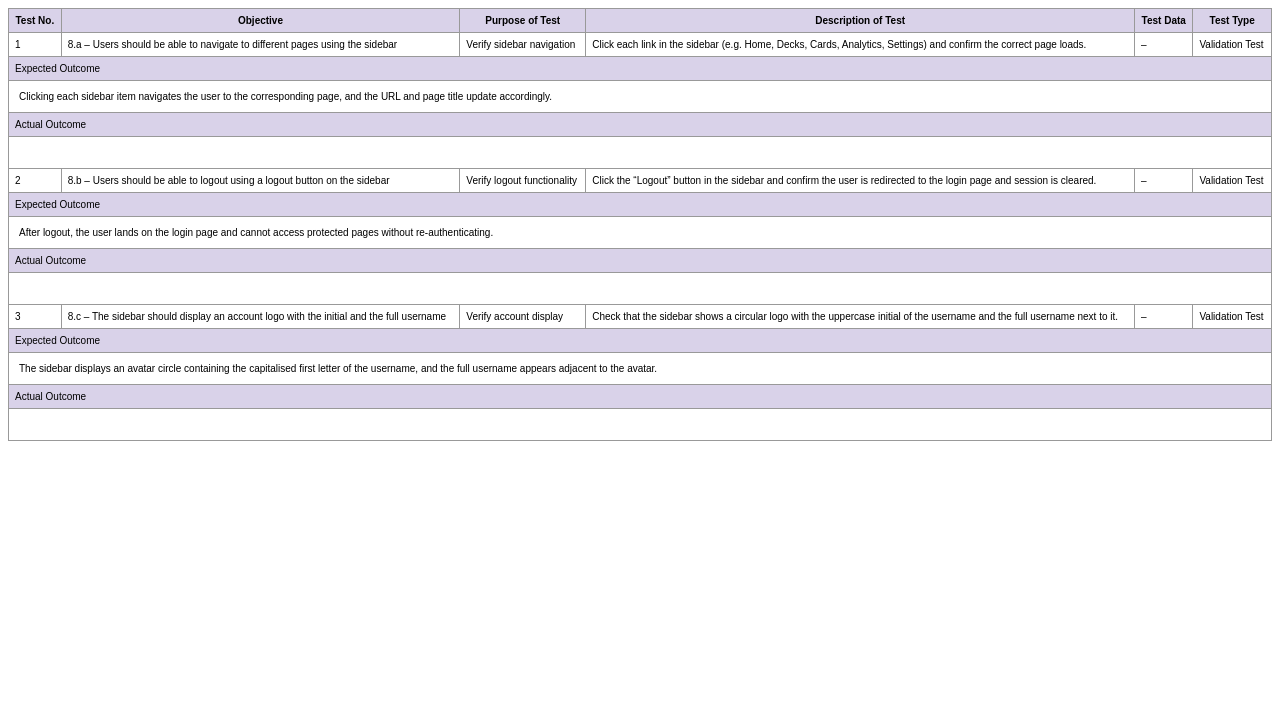
Repository: KetchupEater24/CS-NEA
Page: lol.html
These files come from the project's save history. The page is drawn as it stood at one moment and after the next save; the edit follows.
The browser window is 1280 px wide. The pictures show the whole page.

Above is the page before, as saved 2025-04-25 22:43:43.

After the next save:
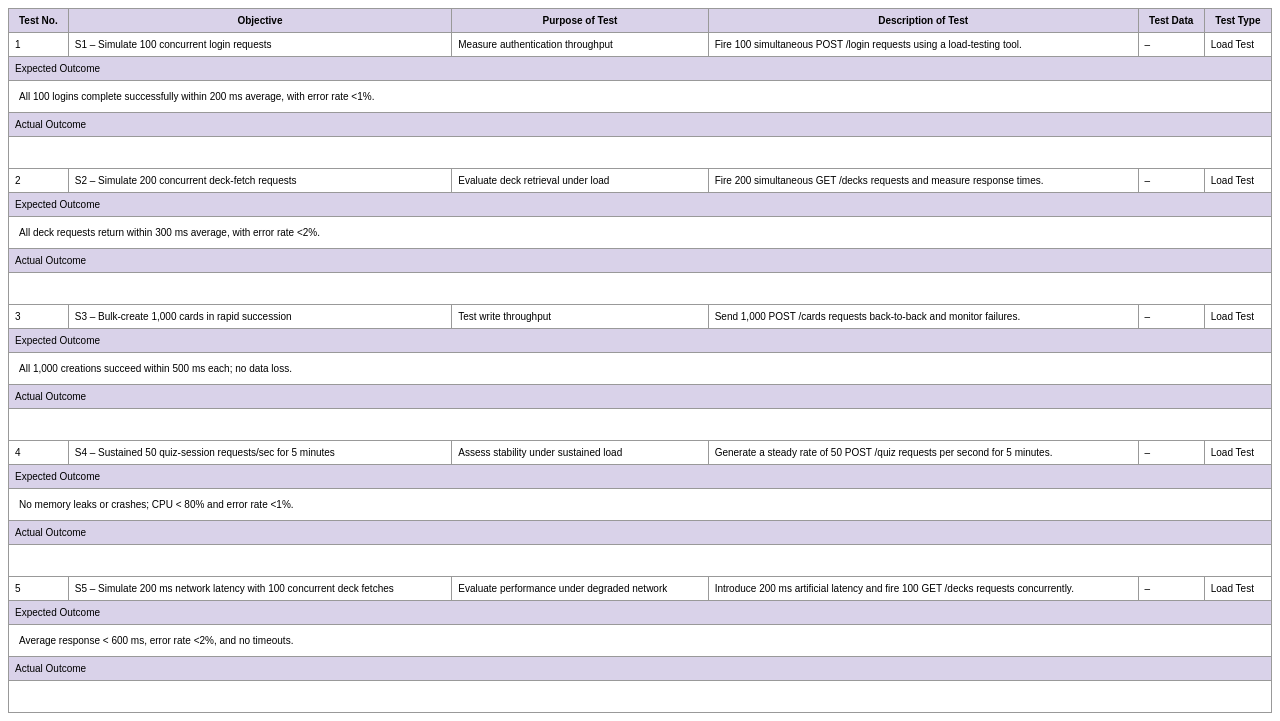
Saved 11 min 8 s later.
--- a/lol.html
+++ b/lol.html
@@ -13,13 +13,13 @@
       <!-- Test 1 -->
       <tr>
         <td style="border: 1px solid #999; padding: 6px;">1</td>
-        <td style="border: 1px solid #999; padding: 6px;">8.a – Users should be able to navigate to different pages using the sidebar</td>
-        <td style="border: 1px solid #999; padding: 6px;">Verify sidebar navigation</td>
+        <td style="border: 1px solid #999; padding: 6px;">S1 – Simulate 100 concurrent login requests</td>
+        <td style="border: 1px solid #999; padding: 6px;">Measure authentication throughput</td>
         <td style="border: 1px solid #999; padding: 6px;">
-          Click each link in the sidebar (e.g. Home, Decks, Cards, Analytics, Settings) and confirm the correct page loads.
+          Fire 100 simultaneous POST /login requests using a load‐testing tool.
         </td>
         <td style="border: 1px solid #999; padding: 6px;">–</td>
-        <td style="border: 1px solid #999; padding: 6px;">Validation Test</td>
+        <td style="border: 1px solid #999; padding: 6px;">Load Test</td>
       </tr>
       <tr>
         <td colspan="6" style="border: 1px solid #999; padding: 6px; background-color: #d9d2e9;">
@@ -28,7 +28,7 @@
       </tr>
       <tr>
         <td colspan="6" style="border: 1px solid #999; padding: 10px;">
-          Clicking each sidebar item navigates the user to the corresponding page, and the URL and page title update accordingly.
+          All 100 logins complete successfully within 200 ms average, with error rate &lt;1%.
         </td>
       </tr>
       <tr>
@@ -43,13 +43,13 @@
       <!-- Test 2 -->
       <tr>
         <td style="border: 1px solid #999; padding: 6px;">2</td>
-        <td style="border: 1px solid #999; padding: 6px;">8.b – Users should be able to logout using a logout button on the sidebar</td>
-        <td style="border: 1px solid #999; padding: 6px;">Verify logout functionality</td>
+        <td style="border: 1px solid #999; padding: 6px;">S2 – Simulate 200 concurrent deck-fetch requests</td>
+        <td style="border: 1px solid #999; padding: 6px;">Evaluate deck retrieval under load</td>
         <td style="border: 1px solid #999; padding: 6px;">
-          Click the “Logout” button in the sidebar and confirm the user is redirected to the login page and session is cleared.
+          Fire 200 simultaneous GET /decks requests and measure response times.
         </td>
         <td style="border: 1px solid #999; padding: 6px;">–</td>
-        <td style="border: 1px solid #999; padding: 6px;">Validation Test</td>
+        <td style="border: 1px solid #999; padding: 6px;">Load Test</td>
       </tr>
       <tr>
         <td colspan="6" style="border: 1px solid #999; padding: 6px; background-color: #d9d2e9;">
@@ -58,7 +58,7 @@
       </tr>
       <tr>
         <td colspan="6" style="border: 1px solid #999; padding: 10px;">
-          After logout, the user lands on the login page and cannot access protected pages without re-authenticating.
+          All deck requests return within 300 ms average, with error rate &lt;2%.
         </td>
       </tr>
       <tr>
@@ -73,13 +73,13 @@
       <!-- Test 3 -->
       <tr>
         <td style="border: 1px solid #999; padding: 6px;">3</td>
-        <td style="border: 1px solid #999; padding: 6px;">8.c – The sidebar should display an account logo with the initial and the full username</td>
-        <td style="border: 1px solid #999; padding: 6px;">Verify account display</td>
+        <td style="border: 1px solid #999; padding: 6px;">S3 – Bulk-create 1,000 cards in rapid succession</td>
+        <td style="border: 1px solid #999; padding: 6px;">Test write throughput</td>
         <td style="border: 1px solid #999; padding: 6px;">
-          Check that the sidebar shows a circular logo with the uppercase initial of the username and the full username next to it.
+          Send 1,000 POST /cards requests back-to-back and monitor failures.
         </td>
         <td style="border: 1px solid #999; padding: 6px;">–</td>
-        <td style="border: 1px solid #999; padding: 6px;">Validation Test</td>
+        <td style="border: 1px solid #999; padding: 6px;">Load Test</td>
       </tr>
       <tr>
         <td colspan="6" style="border: 1px solid #999; padding: 6px; background-color: #d9d2e9;">
@@ -88,7 +88,67 @@
       </tr>
       <tr>
         <td colspan="6" style="border: 1px solid #999; padding: 10px;">
-          The sidebar displays an avatar circle containing the capitalised first letter of the username, and the full username appears adjacent to the avatar.
+          All 1,000 creations succeed within 500 ms each; no data loss.
+        </td>
+      </tr>
+      <tr>
+        <td colspan="6" style="border: 1px solid #999; padding: 6px; background-color: #d9d2e9;">
+          Actual Outcome
+        </td>
+      </tr>
+      <tr>
+        <td colspan="6" style="border: 1px solid #999; padding: 10px;">&nbsp;</td>
+      </tr>
+
+      <!-- Test 4 -->
+      <tr>
+        <td style="border: 1px solid #999; padding: 6px;">4</td>
+        <td style="border: 1px solid #999; padding: 6px;">S4 – Sustained 50 quiz-session requests/sec for 5 minutes</td>
+        <td style="border: 1px solid #999; padding: 6px;">Assess stability under sustained load</td>
+        <td style="border: 1px solid #999; padding: 6px;">
+          Generate a steady rate of 50 POST /quiz requests per second for 5 minutes.
+        </td>
+        <td style="border: 1px solid #999; padding: 6px;">–</td>
+        <td style="border: 1px solid #999; padding: 6px;">Load Test</td>
+      </tr>
+      <tr>
+        <td colspan="6" style="border: 1px solid #999; padding: 6px; background-color: #d9d2e9;">
+          Expected Outcome
+        </td>
+      </tr>
+      <tr>
+        <td colspan="6" style="border: 1px solid #999; padding: 10px;">
+          No memory leaks or crashes; CPU &lt; 80% and error rate &lt;1%.
+        </td>
+      </tr>
+      <tr>
+        <td colspan="6" style="border: 1px solid #999; padding: 6px; background-color: #d9d2e9;">
+          Actual Outcome
+        </td>
+      </tr>
+      <tr>
+        <td colspan="6" style="border: 1px solid #999; padding: 10px;">&nbsp;</td>
+      </tr>
+
+      <!-- Test 5 -->
+      <tr>
+        <td style="border: 1px solid #999; padding: 6px;">5</td>
+        <td style="border: 1px solid #999; padding: 6px;">S5 – Simulate 200 ms network latency with 100 concurrent deck fetches</td>
+        <td style="border: 1px solid #999; padding: 6px;">Evaluate performance under degraded network</td>
+        <td style="border: 1px solid #999; padding: 6px;">
+          Introduce 200 ms artificial latency and fire 100 GET /decks requests concurrently.
+        </td>
+        <td style="border: 1px solid #999; padding: 6px;">–</td>
+        <td style="border: 1px solid #999; padding: 6px;">Load Test</td>
+      </tr>
+      <tr>
+        <td colspan="6" style="border: 1px solid #999; padding: 6px; background-color: #d9d2e9;">
+          Expected Outcome
+        </td>
+      </tr>
+      <tr>
+        <td colspan="6" style="border: 1px solid #999; padding: 10px;">
+          Average response &lt; 600 ms, error rate &lt;2%, and no timeouts.
         </td>
       </tr>
       <tr>
